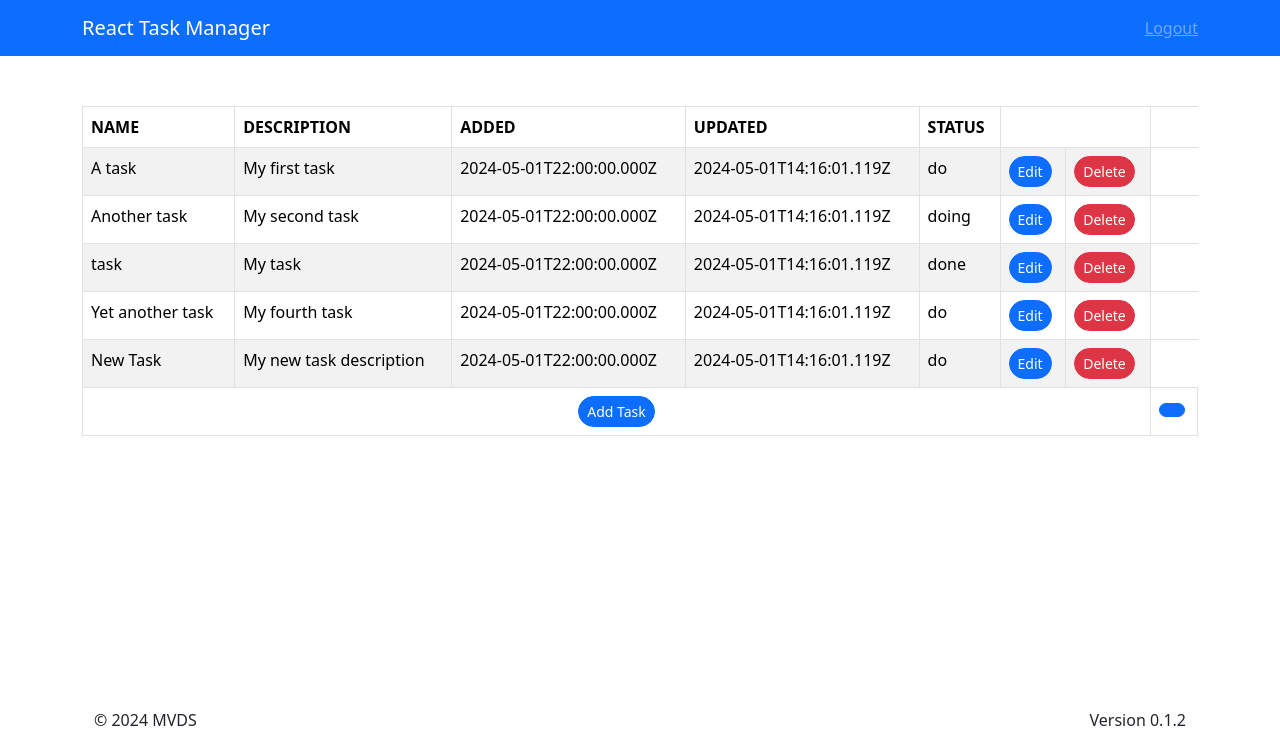
Repository: trider/react-task-manager
Page: /#/tasks
An editor plug-in stored every save of this project. The page is shown before and after the next save, followed by the edit.
The browser window is 1280 px wide. The pictures show the whole page.
The project was rebuilt for these pictures with package versions that can differ from the ones it lists, and the page was loaded fresh each time. Also part of the build but not shown: src/App.css, src/data/_Users.js, src/pages/Login.js.

Above is the page before, as saved 2024-05-10 09:34:21.

After the next save:
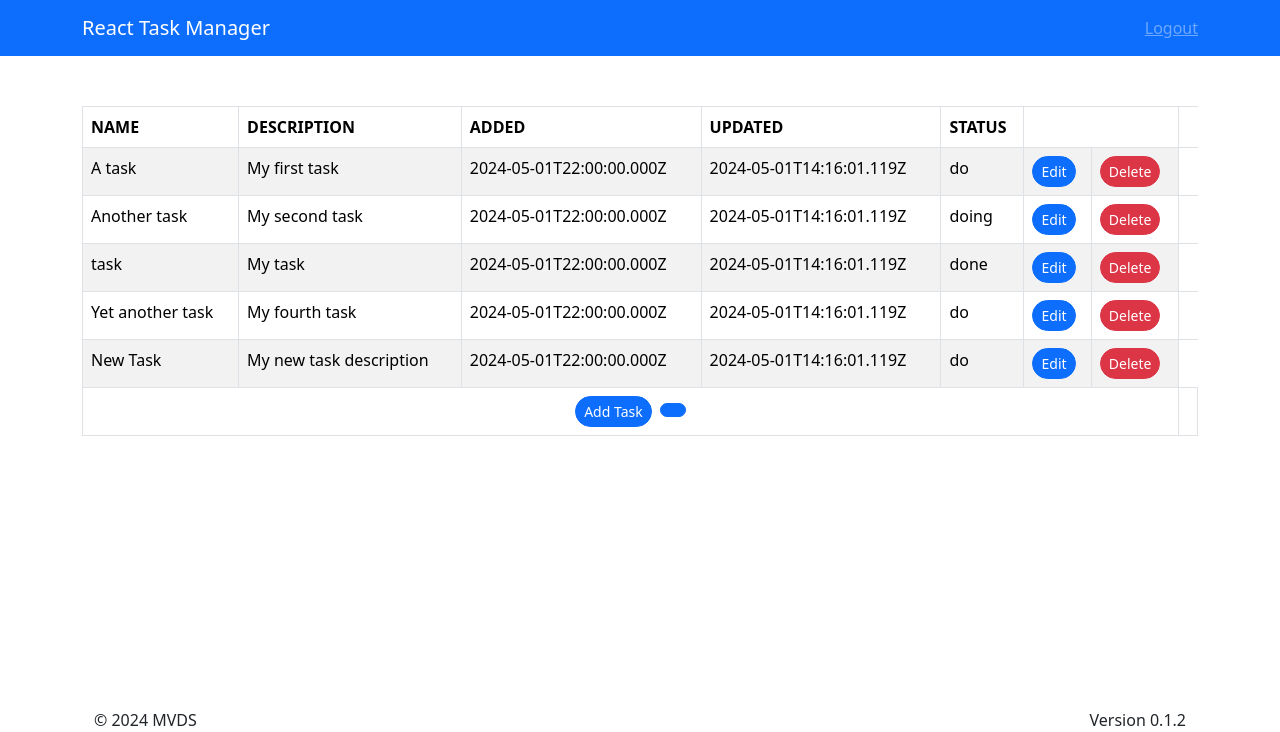
Saved 13 s later.
--- a/src/pages/Task.js
+++ b/src/pages/Task.js
@@ -229,11 +229,12 @@ const TaskTable = () => {
               <Button variant="primary rounded-pill" size='sm' onClick={(e) => setIsAdd(!isAdd)}>
                 Add Task
               </Button>
+              <ModalComponent />
 
             </div>
           </td>
           <td>
-          <ModalComponent />
+
           </td>
         </tr>
       </tbody>
